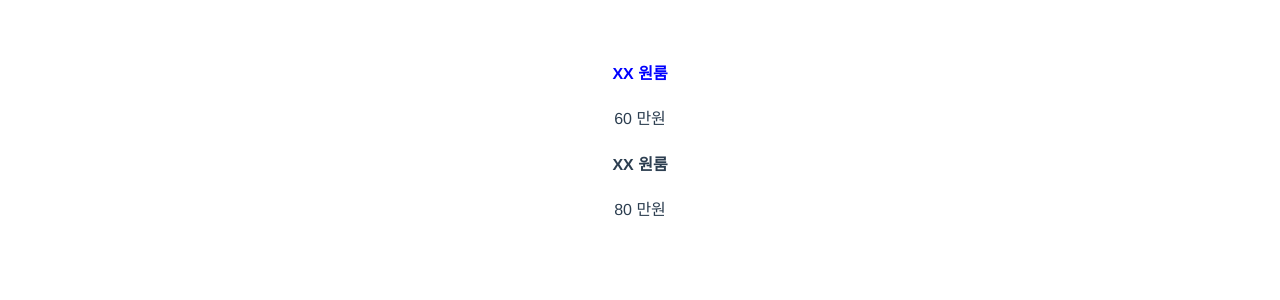
Repository: jy0813/Function
Page: / (app in function/)
An editor plug-in stored every save of this project. The page is shown before and after the next save, followed by the edit.
The browser window is 1280 px wide. The pictures show the whole page.
The project was rebuilt for these pictures with package versions that can differ from the ones it lists, and the page was loaded fresh each time.

Above is the page before, as saved 2022-02-07 14:50:23.

After the next save:
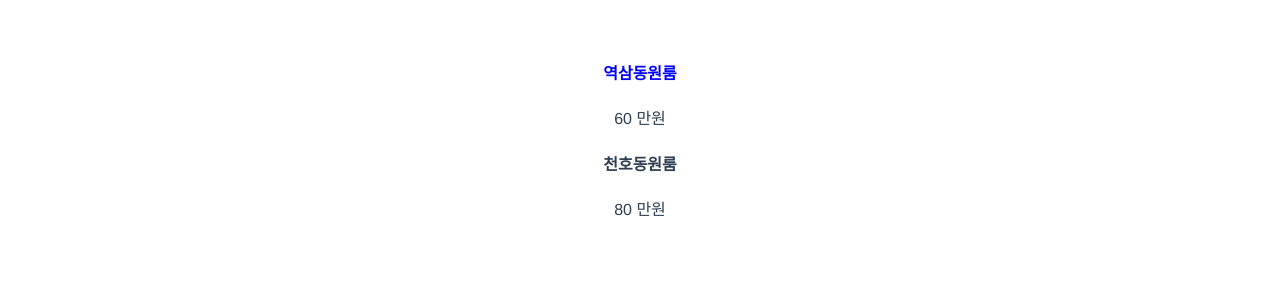
Saved 23 s later.
--- a/function/src/App.vue
+++ b/function/src/App.vue
@@ -1,10 +1,10 @@
 <template>
 <div>
-  <h4 :style="style">XX 원룸</h4>
+  <h4 :style="style">{{products[0]}}</h4>
   <p>{{price1}} 만원</p>
 </div>
 <div>
-  <h4>XX 원룸</h4>
+  <h4>{{products[1]}}</h4>
   <p>{{price2}} 만원</p>
 </div>
 </template>
